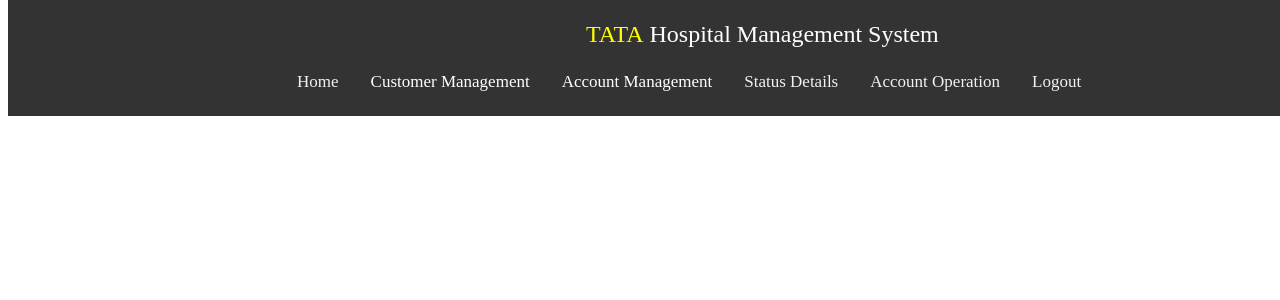
Repository: gopikavinod/RBM
Page: http://localhost/Hospital_Management_System/test.jsp
An editor plug-in stored every save of this project. The page is shown before and after the next save, followed by the edit.
The browser window is 1280 px wide. The pictures show the whole page.
The page is served by Tomcat 9.

Above is the page before, as saved 2020-06-27 06:36:23.

After the next save:
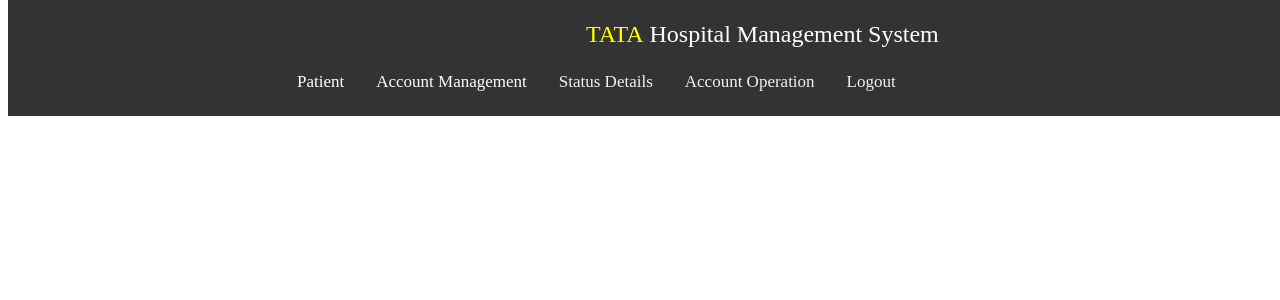
Saved 2 min 24 s later.
--- a/eclipse-workspace/Hospital Management System/WebContent/test.jsp
+++ b/eclipse-workspace/Hospital Management System/WebContent/test.jsp
@@ -140,16 +140,15 @@
             <nav>
          <p class="detail"  style="padding-left: 450px;">TATA<span class="name">&nbsp;Hospital Management System</span></p>
           <div class="topnav" id="myTopnav" display="none">
-                <a href="#">Home</a>
-                <div class="dropdown">
-    <button class="dropbtn">Customer Management
+            <div class="dropdown">
+    <button class="dropbtn">Patient
       <i class="fa fa-caret-down"></i>
     </button>
     <div class="dropdown-content">
-      <a href="/Retail_Bank_Management/userLogged.jsp">Create Customer</a>
-      <a href="/Retail_Bank_Management/updateCustomer.jsp">Update Customer</a>
-      <a href="/Retail_Bank_Management/deleteCustomer.jsp">Delete Customer</a>
-      <a href="/Retail_Bank_Management/customerStatus.jsp">View Customer Details</a>
+      <a href="/Retail_Bank_Management/userLogged.jsp">Patient Registration</a>
+      <a href="/Retail_Bank_Management/updateCustomer.jsp">Update Patient</a>
+      <a href="/Retail_Bank_Management/deleteCustomer.jsp">Delete Patient</a>
+      <a href="/Retail_Bank_Management/customerStatus.jsp">View Patients</a>
     </div>
     </div>
 
